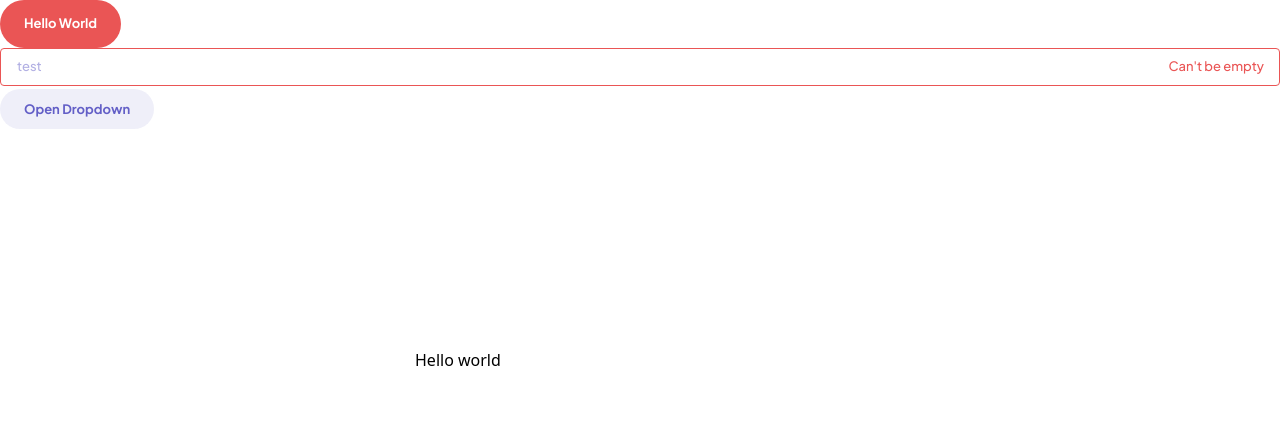
Repository: Baraajad231/Kanban-Board
Page: /
These files come from the project's save history. The page is drawn as it stood at one moment and after the next save; the edit follows.
The browser window is 1280 px wide. The pictures show the whole page.
The project was rebuilt for these pictures with package versions that can differ from the ones it lists, and the page was loaded fresh each time. Also part of the build but not shown: vite.config.js.

Above is the page before, as saved 2026-03-24 21:46:03.

### index.html
<!doctype html>
<html lang="en">
  <head>
    <meta charset="UTF-8" />
    <meta name="viewport" content="width=device-width, initial-scale=1.0" />
    <link rel="preconnect" href="https://fonts.googleapis.com" />
    <link rel="preconnect" href="https://fonts.gstatic.com" crossorigin />
    <link
      href="https://fonts.googleapis.com/css2?family=Plus+Jakarta+Sans:ital,wght@0,200..800;1,200..800&display=swap"
      rel="stylesheet"
    />
    <title>kanban-board</title>
  </head>
  <body>
    <div id="root"></div>
    <script type="module" src="/src/main.jsx"></script>
  </body>
</html>

### src/index.css
@import "tailwindcss";

@theme {
  --font-jakarta: "Plus Jakarta Sans", sans-serif;

  --color-transparent: transparent;
  --color-current: currentColor;

  --color-main-purple: #635fc7;
  --color-main-purple-hover: #a8a4ff;
  --color-white: #ffffff;
  --color-black: #000112;
  --color-very-dark-grey: #1e1e1e;
  --color-dark-grey: #2b2c37;
  --color-lines: #3e3f4e;
  --color-medium-grey: #828fa3;
  --color-lines-light: #e4ebfa;
  --color-light-grey: #f4f7fd;
  --color-red: #ea5555;
  --color-red-hover: #ff9898;

  /* أحجام الخطوط - التنسيق صحيح جداً لـ Tailwind v4 */
  --text-heading-s: 0.75rem;
  --text-heading-s--font-weight: 700;

  --text-heading-m: 0.9rem;
  --text-heading-m--font-weight: 700;

  --text-heading-l: 1.125rem;
  --text-heading-l--font-weight: 700;

  --text-heading-xl: 1.5rem;
  --text-heading-xl--font-weight: 700;

  --text-body-m: 0.75rem;
  --text-body-m--font-weight: 700;

  --text-body-l: 0.8125rem;
  --text-body-l--font-weight: 500;
}

### src/App.jsx
import Button from "./components/Button";
import DialogPrimitive from "./components/dialogPrimitive";
import DropdownPrimitive from "./components/DropDownPrimitive";
import TextField from "./components/TextField";

function App() {
  return (
    <div className="font-jakarta text-heading-xl text-main-purple">
      <Button variant="destructive" size="lg">
        Hello World
      </Button>
      <TextField placeholder="test" isInvalid />
      <DropdownPrimitive
        triggerComponent={() => (
          <Button variant="secondary" size="sm">
            Open Dropdown
          </Button>
        )}
        items={{
          edit: {
            label: "Edit board",
            onClick: () => console.log("Edit clicked"),
          },
          delete: {
            label: "Delete board",
            onClick: () => console.log("Delete clicked"),
          },
        }}
      />
      <DialogPrimitive isOpen={true}>Hello world</DialogPrimitive>
    </div>
  );
}

export default App;

### src/components/Button.jsx
import { cva } from "class-variance-authority";

const button = cva(
  ["rounded-full", "font-bold", "px-6", "duration-200", "text-[13px]"],
  {
    variants: {
      variant: {
        primary: ["bg-main-purple", "text-white", "hover:bg-main-purple-hover"],
        // **or**
        // primary: "bg-blue-500 text-white border-transparent hover:bg-blue-600",
        secondary: [
          "bg-main-purple/10",
          "text-main-purple",
          "hover:bg-main-purple/25",
        ],
        destructive: ["bg-red", "text-white", "hover:bg-red-hover"],
      },
      size: {
        sm: ["h-10"],
        lg: ["h-12"],
      },
      isFullWidth: {
        true: ["w-full"],
      },
      // `boolean` variants are also supported!
      isDisabled: {
        true: ["opacity-25", "cursor-not-allowed", "hover:bg-main-purple"],
      },
    },

    defaultVariants: {
      variant: "primary",
      size: "lg",
    },
  },
);

const Button = ({
  children,
  variant,
  size,
  isFullWidth,
  isDisabled,
  className,
  ...props
}) => {
  return (
    <button
      className={button({ variant, size, isFullWidth, isDisabled, className })}
      {...props}
    >
      {children}
    </button>
  );
};
export default Button;

### src/components/dialogPrimitive.jsx
import { Dialog } from "radix-ui";

/**
 * DialogPrimitive component
 * @param {Object} props
 * @param {string} props.title - The title of the dialog
 * @param {JSX.Element} props.triggerComponent - The component that triggers the dialog
 * @param {JSX.Element} props.children - The children components
 * @param {boolean} props.isOpen - A boolean to determine if the dialog is open
 * @param {Function} props.setOpen - A function to set the dialog state
 * @returns {JSX.Element}
 */

const DialogPrimitive = ({
  title,
  triggerComponent,
  children,
  isOpen,
  setOpen,
}) => (
  <Dialog.Root open={isOpen} onOpenChange={setOpen}>
    <Dialog.Trigger asChild>{triggerComponent}</Dialog.Trigger>
    <Dialog.Portal>
      <Dialog.Overlay className="data-[state=open]:animate-overlayShow bg-blackA6 fixed inset-0" />
      <Dialog.Content className="bg-gray1 data-[state=open]:animate-contentShow fixed top-1/2 left-1/2 max-h-[85vh] w-[90vw] max-w-125 -translate-x-1/2 -translate-y-1/2 rounded-md p-6.25 shadow-(--shadow-6) focus:outline-none">
        <Dialog.Title className="text-heading-l">{title}</Dialog.Title>
        {children}
      </Dialog.Content>
    </Dialog.Portal>
  </Dialog.Root>
);

export default DialogPrimitive;

### src/components/DropDownPrimitive.jsx
import * as React from "react";
import { DropdownMenu } from "radix-ui";
import clsx from "clsx";
// طريقة بتخلينا نعمل document لل component تاعنا
// jsdocs
/**
 * @param {Object} props
 * @param {Function} props.triggerComponent
 * @param {Object} props.items
 * @param {string} props.items.label -- the text that will be shown in the dropdown item
 * @param {Function} props.items.onClick -- the function that will be called when the dropdown item is clicked
 * @returns {JSX.Element}
 */
const DropdownPrimitive = ({ triggerComponent, items }) => {
  return (
    <DropdownMenu.Root>
      <DropdownMenu.Trigger asChild>
        {triggerComponent && triggerComponent()}
      </DropdownMenu.Trigger>

      <DropdownMenu.Portal>
        <DropdownMenu.Content
          className="data-[side=bottom]:animate-slideUpAndFade data-[side=left]:animate-slideRightAndFade data-[side=right]:animate-slideLeftAndFade data-[side=top]:animate-slideDownAndFade min-w-55 rounded-md bg-white p-1.25 shadow-[0px_10px_38px_-10px_rgba(22,23,24,0.35),0px_10px_20px_-15px_rgba(22,23,24,0.2)] will-change-[opacity,transform]"
          sideOffset={32}
        >
          {items &&
            Object.keys(items).map((item) => (
              <DropdownMenu.Item
                key={items[item].label}
                onClick={items[item].onClick}
                className={clsx(
                  "group text-body-l data-highlighted:bg-light-grey cursor-pointer p-4 leading-none outline-none",
                  {
                    "text-red": items[item].label.includes("Delete"),
                  },
                )}
              >
                {items[item].label}
              </DropdownMenu.Item>
            ))}
        </DropdownMenu.Content>
      </DropdownMenu.Portal>
    </DropdownMenu.Root>
  );
};

export default DropdownPrimitive;

### src/components/TextField.jsx
import clsx from "clsx";

const TextField = ({
  placeholder,
  isInvalid,
  name,
  required,
  defaultValue,
}) => {
  return (
    <div className="relative flex min-w-80 flex-1 items-center">
      {isInvalid && (
        <span className="text-body-l text-red absolute right-4 text-sm">
          Can't be empty
        </span>
      )}

      <input
        type="text"
        name={name}
        defaultValue={defaultValue}
        placeholder={placeholder}
        required={required}
        className={clsx(
          "border-medium-gray/25 text-body-l w-full rounded-sm border py-2 pl-4",
          {
            "border-red pr-32": isInvalid,
            "pr-4": !isInvalid,
          },
        )}
      />
    </div>
  );
};

export default TextField;

Loaded but not shown: src/main.jsx (common file)

After the next save:
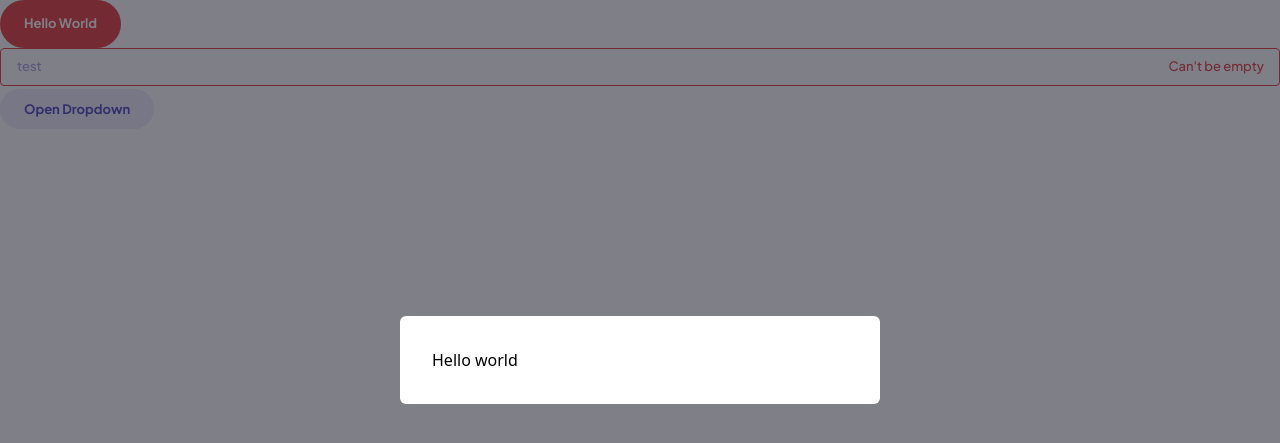
Saved 89 s later.
--- a/src/components/dialogPrimitive.jsx
+++ b/src/components/dialogPrimitive.jsx
@@ -21,8 +21,8 @@
   <Dialog.Root open={isOpen} onOpenChange={setOpen}>
     <Dialog.Trigger asChild>{triggerComponent}</Dialog.Trigger>
     <Dialog.Portal>
-      <Dialog.Overlay className="data-[state=open]:animate-overlayShow bg-blackA6 fixed inset-0" />
-      <Dialog.Content className="bg-gray1 data-[state=open]:animate-contentShow fixed top-1/2 left-1/2 max-h-[85vh] w-[90vw] max-w-125 -translate-x-1/2 -translate-y-1/2 rounded-md p-6.25 shadow-(--shadow-6) focus:outline-none">
+      <Dialog.Overlay className="data-[state=open]:animate-overlayShow fixed inset-0 bg-black/50" />
+      <Dialog.Content className="data-[state=open]:animate-contentShow fixed top-[50%] left-[50%] max-h-[85vh] w-[480px] translate-x-[-50%] translate-y-[-50%] overflow-auto rounded-[6px] bg-white p-8 focus:outline-none">
         <Dialog.Title className="text-heading-l">{title}</Dialog.Title>
         {children}
       </Dialog.Content>
